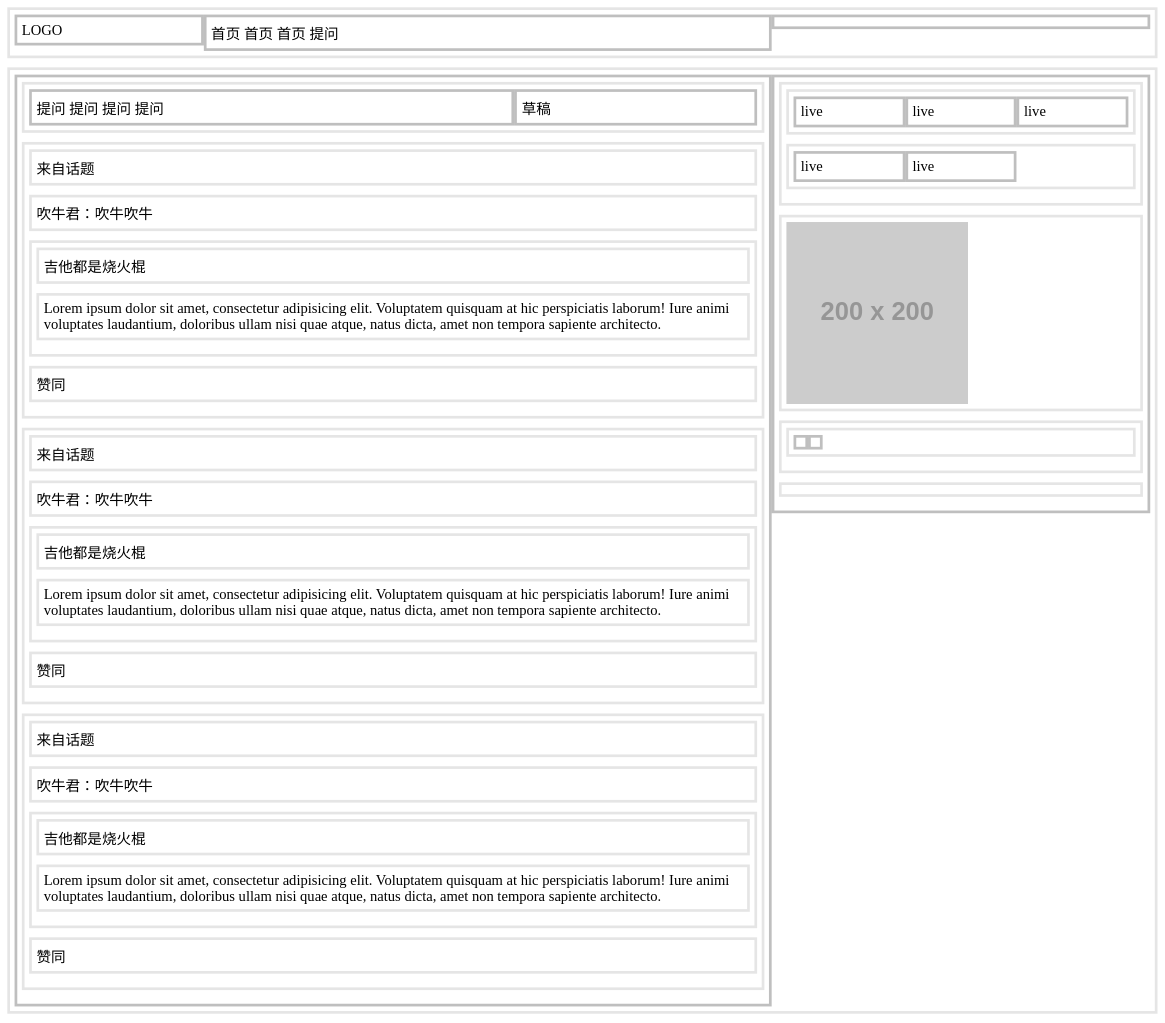
Repository: 0xbul1/biao-class-3
Page: practice/012-float-grid/zhihu.html
The author's editor kept a copy of each file at every save. The page is drawn from the files as they stood at one save, then again after the next save.
The browser window is 1280 px wide. The pictures show the whole page, at 91% of full size.

Above is the page before, as saved 2018-10-04 14:21:56.

After the next save:
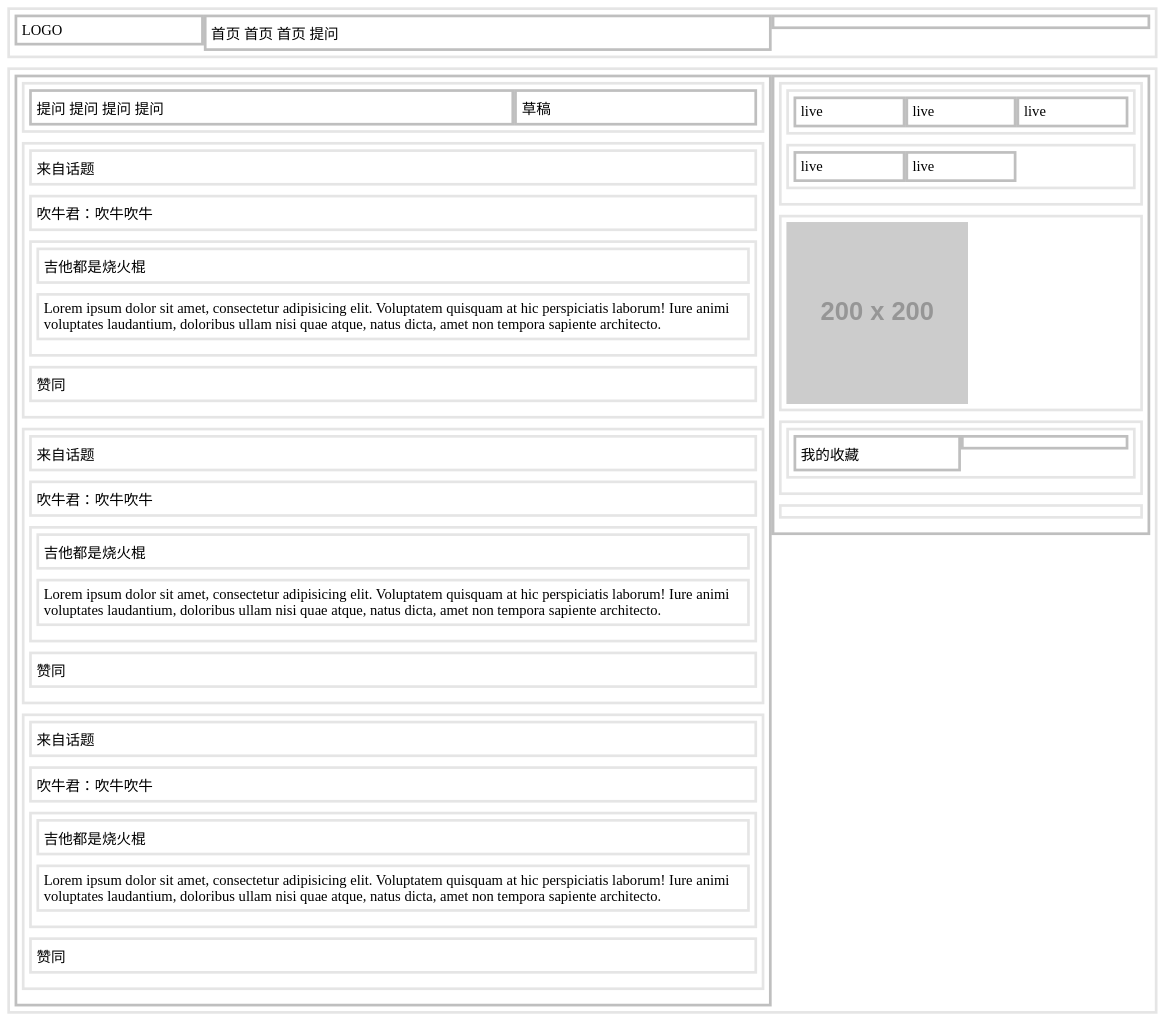
Saved 14 s later.
--- a/practice/012-float-grid/zhihu.html
+++ b/practice/012-float-grid/zhihu.html
@@ -123,8 +123,8 @@
         </div>
         <div class="row">
             <div class="row">
-                <div class="col"></div>
-                <div class="col"></div>
+                <div class="col-6">我的收藏</div>
+                <div class="col-6"></div>
             </div>
         </div>
         <div class="row"></div>
